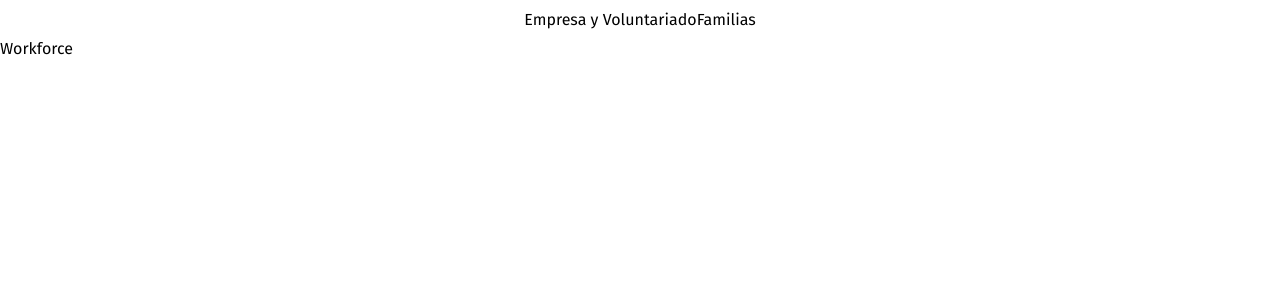
Repository: Synergy-club/reconstruction
Page: /
An editor plug-in stored every save of this project. The page is shown before and after the next save, followed by the edit.
The browser window is 1280 px wide. The pictures show the whole page.
The project was rebuilt for these pictures with package versions that can differ from the ones it lists, and the page was loaded fresh each time. Also part of the build but not shown: vite.config.js, src/views/Families/Families.jsx.

Above is the page before, as saved 2024-12-10 01:14:27.

### index.html
<!DOCTYPE html>
<html lang="en">
  <head>
    <meta charset="UTF-8" />
    <link rel="icon" type="image/svg+xml" href="/vite.svg" />
    <meta name="viewport" content="width=device-width, initial-scale=1.0 user-scalable=no" />
    <meta name="description" content="Agrupación de profesionales de primer nivel de los sectores de la logística, arquitectura y construcción unidos para gestionar y coordinar los esfuerzos de reconstrucción tras las inundaciones. Garantizando la trazabilidad y transparencia de las donaciones.
      La emisión de certificados inmediatos de donaciones así como los reconocimientos al voluntariado se harán bajo el paraguas de Fundación Synergy Club internacional, una plataforma abierta que suma acciones de asociaciones y fundaciones. Siempre y todas ellas sin ninguna vinculación política y sin ánimo de lucro.
      Esta iniciativa está abierta a todos los profesionales, voluntarios y héroes vecinales que necesitan o pueden aportar recursos eficientes y de calidad para la reconstrucción.
      Nos apoyamos y promovemos las agrupaciones improvisadas de vecinos de las zonas afectadas por la catástrofe que han reaccionado y son un referente de ayuda inmediata y conocimiento real de las situaciones de sus vecinos."
    />
    <meta name="author" content="Synergy Clubs International" />
    <title>Reconstrucción Valencia</title>
  </head>
  <body>
    <div id="root"></div>
    <script type="module" src="/src/main.jsx"></script>
  </body>
</html>

### src/main.jsx
import { StrictMode } from 'react'
import { createRoot } from 'react-dom/client'
import { BrowserRouter } from 'react-router-dom'
import './assets/global-style/style.css'
import App from './App.jsx'
import { ReducerProvider } from './contexts/ReducerContext.jsx'
import { ReferenceProvider } from './contexts/ReferenceContext.jsx'

createRoot(document.getElementById('root')).render(
  <StrictMode>
    <BrowserRouter>
      <ReducerProvider>
        <ReferenceProvider>
          <App />
        </ReferenceProvider>
      </ReducerProvider>
    </BrowserRouter>
  </StrictMode>
)

### src/assets/global-style/style.css
@import url('https://fonts.googleapis.com/css2?family=Fira+Sans:ital,wght@0,100;0,200;0,300;0,400;0,500;0,600;0,700;0,800;0,900;1,100;1,200;1,300;1,400;1,500;1,600;1,700;1,800;1,900&display=swap');
:root {
  /* BACKGROUND COLOR */
  --bg-dark: #222222;
  --bg-white: #ffffff;

  /*FONT*/
  --font-main: 'Fira Sans', sans-serif;

  /*COLOR TEXT*/
  --text-primary: #222222;

  /*SPACING AND ROUNDED*/
  --spacing-xs: 8px;
  --spacing-s: 12px;
  --spacing-m: 16px;
  --spacing-l: 24px;
  --spacing-xl: 48px;

  /*FONT SIZE*/
  --font-size-xs: 12px;
  --font-size-s: 16px;
  --font-size-m: 18px;
  --font-size-l: 22px;
  --font-size-xl: 28px;
}
* {
  margin: 0;
  padding: 0;
  box-sizing: border-box;
  font-family: var(--font-main);
}

html {
  scroll-behavior: smooth;
}
h1,
h2,
h3,
h4,
h5 {
  font-size: var(--font-size-xl);
}
p,
button,
li {
  font-size: var(--font-size-m);
}

ul {
  list-style-type: disc;
  padding-left: 20px;
}
a {
  text-decoration: none;
}
button {
  cursor: pointer;
  padding: var(--spacing-xs) var(--spacing-s);
  text-transform: capitalize;
  border: none;
  transition: all 0.3s ease-in-out;
  box-shadow: 0 2px 8px rgba(0, 0, 0, 0.267);
  display: flex;
  justify-content: center;
  align-items: center;
  gap: 8px;
}

button:hover {
  transform: scale(0.98);
}

@keyframes fadeInUp {
  0% {
    opacity: 0;
    transform: translateY(20px);
  }
  100% {
    opacity: 1;
    transform: translateY(0);
  }
}

.fadeIn {
  opacity: 1;
  animation: fadeInUp 0.5s ease-in;
}

@keyframes show {
  from {
    opacity: 0;
    scale: 50%;
  }
  to {
    opacity: 1;
    scale: 100%;
  }
}

@media (max-width: 850px) {
  h1,
  h2,
  h3,
  h4,
  h5 {
    font-size: var(--font-size-xl);
  }

  button,
  li,
  p {
    font-size: var(--font-size-s);
    line-height: 20px;
  }
}

@media (max-width: 400px) {
  h1,
  h2,
  h3,
  h4,
  h5 {
    font-size: var(--font-size-xl);
  }
  li,
  button,
  a {
    font-size: var(--font-size-s);
  }
  p {
    font-size: 14px;
  }
}

### src/App.jsx
import { Route, Routes } from 'react-router-dom'
import Layout from './layout/Layout'
import Workforce  from './views/Workforce/Workforce '
import Families from './views/Families/Families'
import NotFound from './views/404/NotFound'

const App = () => {
  return (
    <Routes>
      <Route path='/' element={<Layout />}>
        <Route index element={<Workforce  />} />
        <Route path='familias' element={<Families />} />
        {/*ERROR LINK*/}
        <Route path='*' element={<NotFound />} />
        <Route />
      </Route>
    </Routes>
  )
}

export default App

### src/contexts/ReducerContext.jsx
import { createContext } from 'react'

export const ReducerContext = createContext()
export const ReducerProvider = ({children}) => {
  return (
    <ReducerContext.Provider value={{}}>{ children }</ReducerContext.Provider>
  )
}

### src/contexts/ReferenceContext.jsx
import { createContext } from 'react'

export const ReferenceContext = createContext()

export const ReferenceProvider = ({ children }) => {
  return <ReferenceContext.Provider value={{}}>{children}</ReferenceContext.Provider>
}

### src/layout/Layout.jsx

import { Fragment } from 'react'
import { Outlet } from 'react-router-dom'
import Header from '../components/Header/Header'

const Layout = () => {
  return (
    <Fragment>
    <header><Header /></header>
    <div>
      <Outlet />

    </div>
    </Fragment>
  )
}

export default Layout

### src/views/Workforce/Workforce .jsx
const Workforce = () => {
  return <div>Workforce </div>
}

export default Workforce

### src/views/404/NotFound.jsx
import React, { useEffect } from 'react'
import { useNavigate } from 'react-router-dom'

const NotFound = () => {
  const navigate = useNavigate()
  useEffect(() => {
    const timeout = setTimeout(() => {
      navigate('../')
    }, 300)
    return () => clearTimeout(timeout)
  }, [navigate])
}

export default NotFound

### src/components/Header/Header.jsx
import { Link } from 'react-router-dom'
import './Header.css'

const Header = () => {
  return (
    <nav className='nav__container'>
      <div className='nav__content-link'>
        <Link to='/' />
        Empresa y Voluntariado
      </div>
      <div className='nav__content-link'>
        <Link to='familias' />
        Familias
      </div>
    </nav>
  )
}

export default Header

### src/components/Header/Header.css
.nav__container{
  width:100%;
  padding: 10px 50px;
  display: flex;
  justify-content: center;
  align-items: center;

}

After the next save:
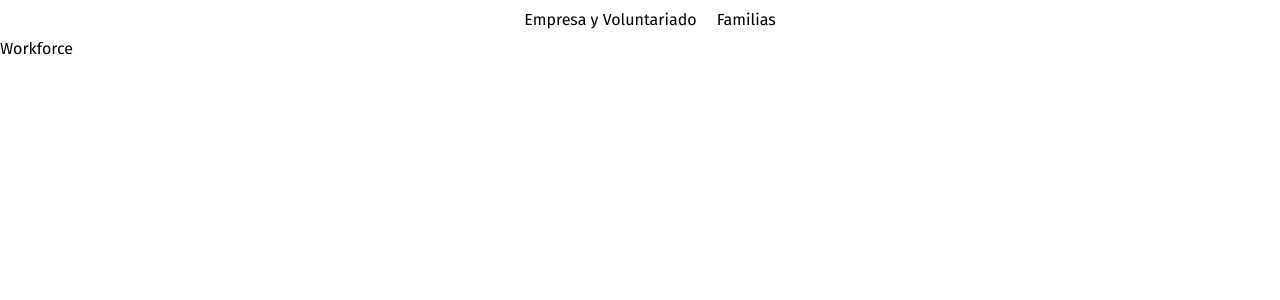
Saved 22 s later.
--- a/src/components/Header/Header.css
+++ b/src/components/Header/Header.css
@@ -4,5 +4,8 @@
   display: flex;
   justify-content: center;
   align-items: center;
-
 }
+.nav__content-link{
+  display:flex;
+  gap:20px;
+}
